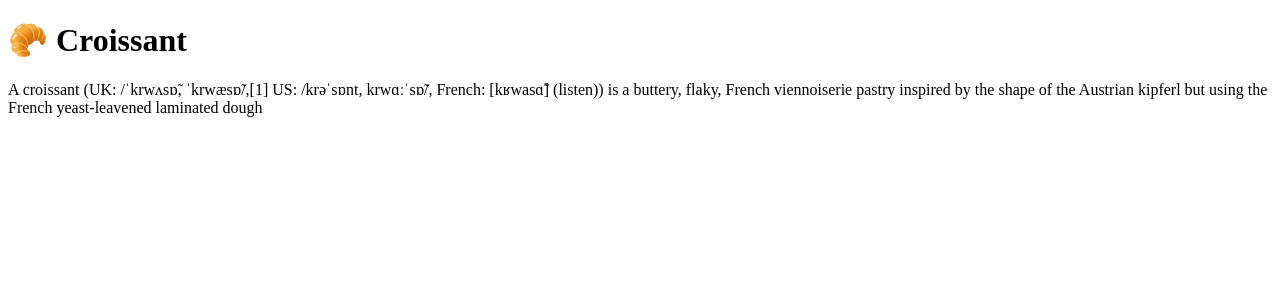
Repository: Bohoutdinova/Croissant
Page: index.html
These files come from the project's save history. The page is drawn as it stood at one moment and after the next save; the edit follows.
The browser window is 1280 px wide. The pictures show the whole page.

Above is the page before, as saved 2022-08-08 17:42:44.

After the next save:
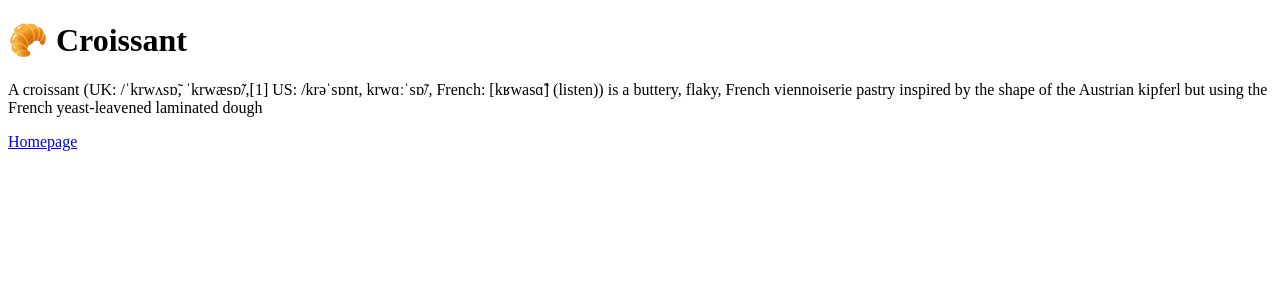
Saved 39 s later.
--- a/index.html
+++ b/index.html
@@ -14,5 +14,6 @@
       inspired by the shape of the Austrian kipferl but using the French
       yeast-leavened laminated dough
     </p>
+    <a href="/index.html">Homepage</a>
   </body>
 </html>
